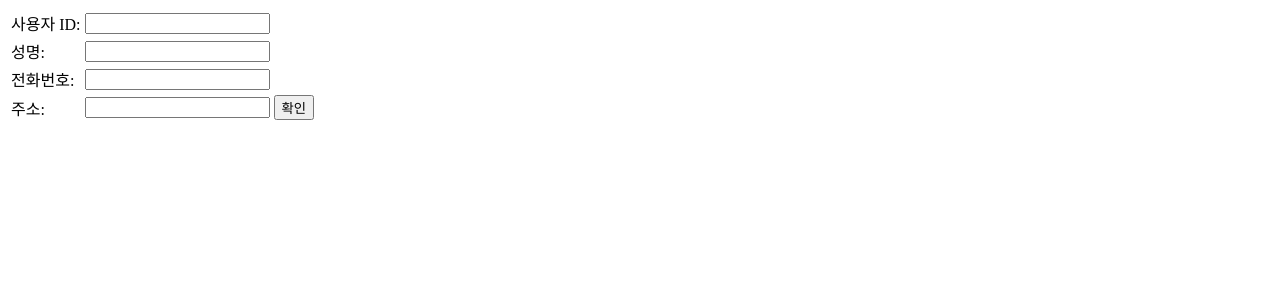
Repository: chanhooop/JSP
Page: http://localhost/CRUD/purchaserInsert_01.jsp
The author's editor kept a copy of each file at every save. The page is drawn from the files as they stood at one save, then again after the next save.
The browser window is 1280 px wide. The pictures show the whole page.
The page is served by Tomcat 9.

Above is the page before, as saved 2021-05-11 04:49:10.
Console error: SyntaxError: Unexpected end of input

### CRUD/src/main/webapp/purchaserInsert_01.jsp
<%@ page language="java" contentType="text/html; charset=UTF-8"
    pageEncoding="UTF-8"%>
<!DOCTYPE html>
<html>
<head>
<meta charset="UTF-8">
<title>Insert title here</title>
</head>
<script type="text/javascript">
	function checkLogin() {
		var form = document.loginForm;  //반복되는 부분 변수로 만들수 있다
		 	      //document는 이 문서. loginForm은 폼태그 이름

		// Empty Check
		if(form.userid.value == ""){
			alert("제대로 입력하세요!");
			form.userid.focus();
			return false; //false값을 안줘버리면 액션페이지로 넘어가 버린다!!
		}else if(form.userid.value == ""){
			alert("제대로 입력하세요!");
			form.userid.focus();
			return false; //false값을 안줘버리면 액션페이지로 넘어가 버린다!!
		if(form.name.value == ""){
			alert("제대로 입력하세요!");
			form.name.focus();
			return false; //false값을 안줘버리면 액션페이지로 넘어가 버린다!!
		}
		if(form.tel.value == ""){
			alert("제대로 입력하세요!");
			form.tel.focus();
			return false; //false값을 안줘버리면 액션페이지로 넘어가 버린다!!
		}
		if(form.address.value == ""){
			alert("제대로 입력하세요!");
			form.address.focus();
			return false; //false값을 안줘버리면 액션페이지로 넘어가 버린다!!
		}



		form.submit();

	}
</script>
<body>


<form name="loginForm" action="purchaserInsert_02.jsp">
	<table>
		<tr>
			<td>사용자 ID:</td>
			<td><input type="text" name="userid"></td>
		</tr>
		<tr>
			<td>성명:</td>
			<td><input type="text" name="name"></td>
		</tr>
		<tr>
			<td>전화번호:</td>
			<td><input type="text" name="tel"></td>
		</tr>
			<td>주소:</td>
			<td><input type="text" name="address"></td>


		<td colspan="2"><input type="button" value="확인" onclick="checkLogin()"></td>

	</table>
</form>

</body>
</html>

After the next save:
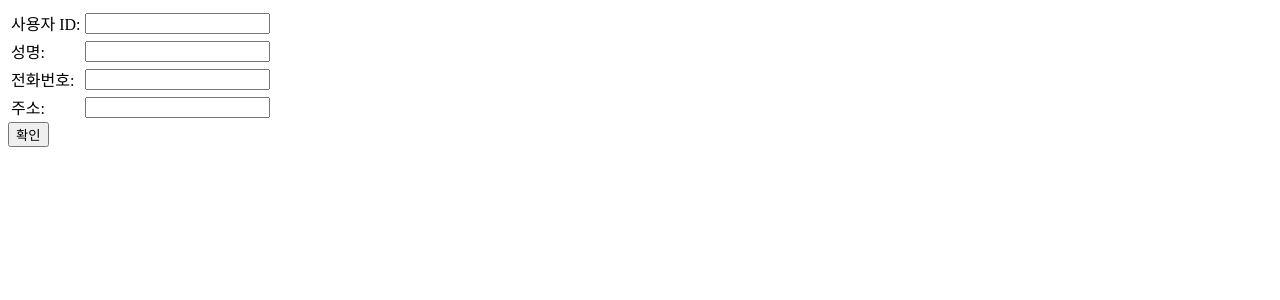
Saved 69 s later.
--- a/CRUD/src/main/webapp/purchaserInsert_01.jsp
+++ b/CRUD/src/main/webapp/purchaserInsert_01.jsp
@@ -62,10 +62,8 @@
 			<td>주소:</td>
 			<td><input type="text" name="address"></td>
 
-
-		<td colspan="2"><input type="button" value="확인" onclick="checkLogin()"></td>
-
 	</table>
+		<input type="button" value="확인" onclick="checkLogin()">
 </form>
 
 </body>
